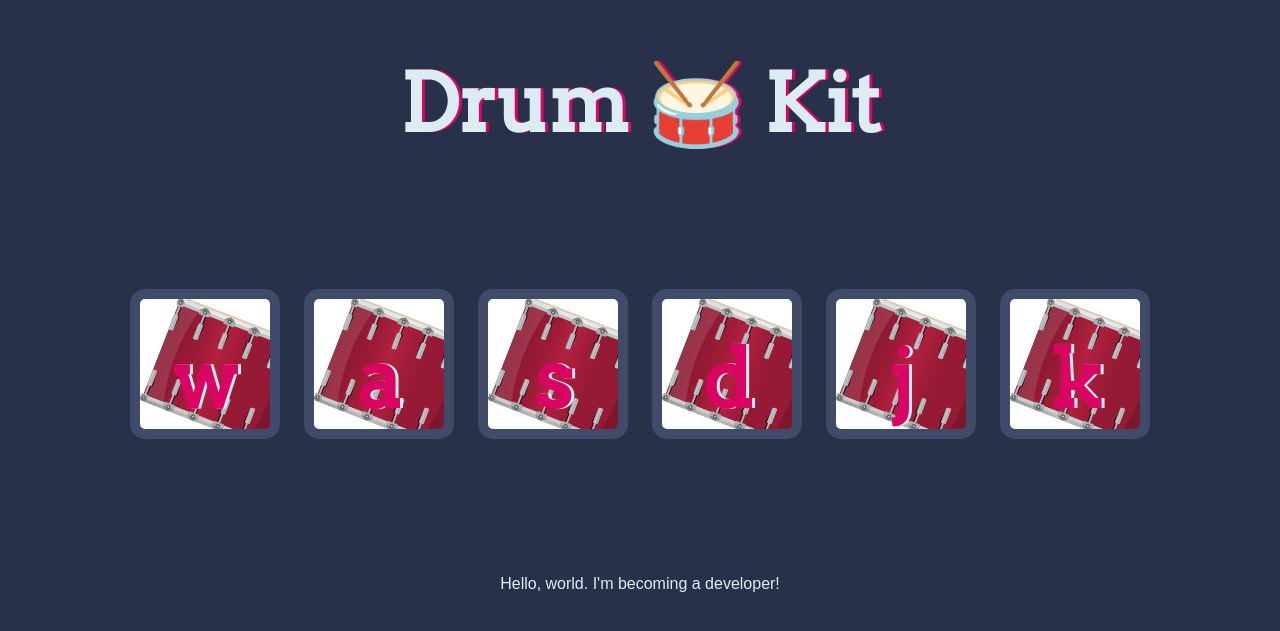
Repository: doncsar/yu-frontend-bootcamp
Page: 17-drumkit/index.html
An editor plug-in stored every save of this project. The page is shown before and after a run of saves, followed by the edit.
The browser window is 1280 px wide. The pictures show the whole page.

Above is the page before, as saved 2024-01-27 19:25:23.

After the next 3 saves:
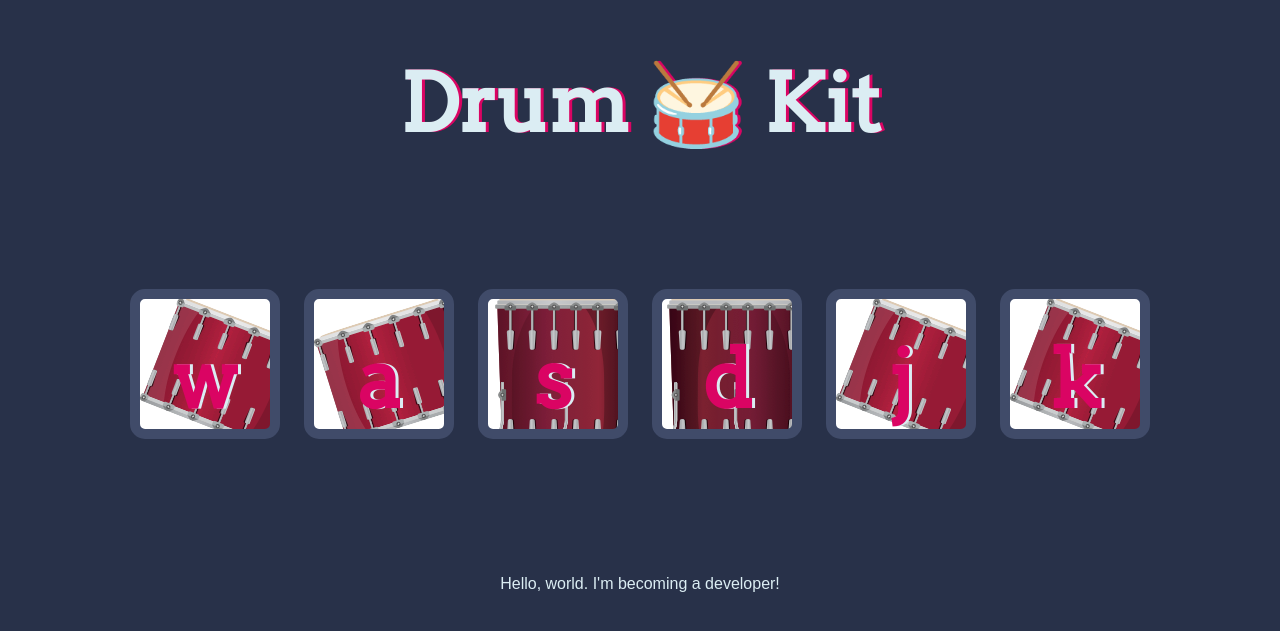
The 3 saves are shown as one change because they came seconds apart.
The last was saved 16 s later.
--- a/17-drumkit/style.css
+++ b/17-drumkit/style.css
@@ -21,15 +21,15 @@ footer {
 }
 
 .a {
-background-image: url('./resources/images/tom1.png');
+background-image: url('./resources/images/tom2.png');
 }
 
 .s {
-background-image: url('./resources/images/tom1.png');
+background-image: url('./resources/images/tom3.png');
 }
 
 .d {
-background-image: url('./resources/images/tom1.png');
+background-image: url('./resources/images/tom4.png');
 }
 
 .j {
